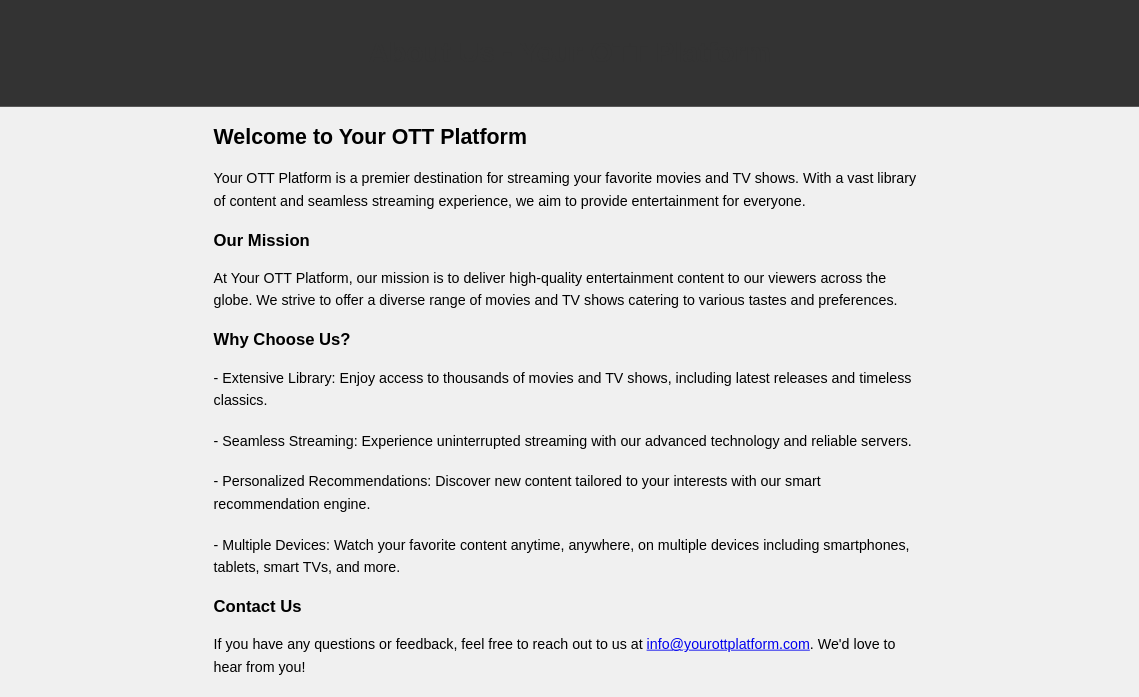
Repository: Ishanibmk/MOVIOT---An-OTT-Platform-using-Java-and-Springboot
Page: http://localhost/OTT/WEB-INF/view/about.jsp
The author's editor kept a copy of each file at every save. The page is drawn from the files as they stood at one save, then again after the next save.
The browser window is 1280 px wide. The pictures show the whole page, at 89% of full size.
The page is served by Tomcat 9. Nobody is signed in. Other server files are loaded and not shown. The template is opened directly, without the code that normally fills it, so the values that code supplies are empty.

Above is the page before, as saved 2024-03-02 10:06:36.

### Moviot/MOVIOT-main/ott/OTT/src/main/webapp/WEB-INF/view/about.jsp
<!DOCTYPE html>
<html lang="en">
<head>
    <meta charset="UTF-8">
    <meta name="viewport" content="width=device-width, initial-scale=1.0">
    <title>About Us - Your OTT Platform</title>
    <style>
        body {
            font-family: Arial, sans-serif;
            margin: 0;
            padding: 0;
            background-color: #f0f0f0;
        }
        header {
            background-color: #333;
            color: #fff;
            padding: 20px;
            text-align: center;
        }
        .container {
            max-width: 800px;
            margin: 20px auto;
            padding: 0 20px;
        }
        h1 {
            color: #333;
            text-align: center;
        }
        p {
            line-height: 1.6;
            margin-bottom: 20px;
        }
    </style>
</head>
<body>
    <header>
        <h1>About Us - Your OTT Platform</h1>
    </header>
    <div class="container">
        <h2>Welcome to Your OTT Platform</h2>
        <p>Your OTT Platform is a premier destination for streaming your favorite movies and TV shows. With a vast library of content and seamless streaming experience, we aim to provide entertainment for everyone.</p>
        <h3>Our Mission</h3>
        <p>At Your OTT Platform, our mission is to deliver high-quality entertainment content to our viewers across the globe. We strive to offer a diverse range of movies and TV shows catering to various tastes and preferences.</p>
        <h3>Why Choose Us?</h3>
        <p>- Extensive Library: Enjoy access to thousands of movies and TV shows, including latest releases and timeless classics.</p>
        <p>- Seamless Streaming: Experience uninterrupted streaming with our advanced technology and reliable servers.</p>
        <p>- Personalized Recommendations: Discover new content tailored to your interests with our smart recommendation engine.</p>
        <p>- Multiple Devices: Watch your favorite content anytime, anywhere, on multiple devices including smartphones, tablets, smart TVs, and more.</p>
        <h3>Contact Us</h3>
        <p>If you have any questions or feedback, feel free to reach out to us at <a href="mailto:info@yourottplatform.com">info@yourottplatform.com</a>. We'd love to hear from you!</p>
    </div>
</body>
</html>

After the next save:
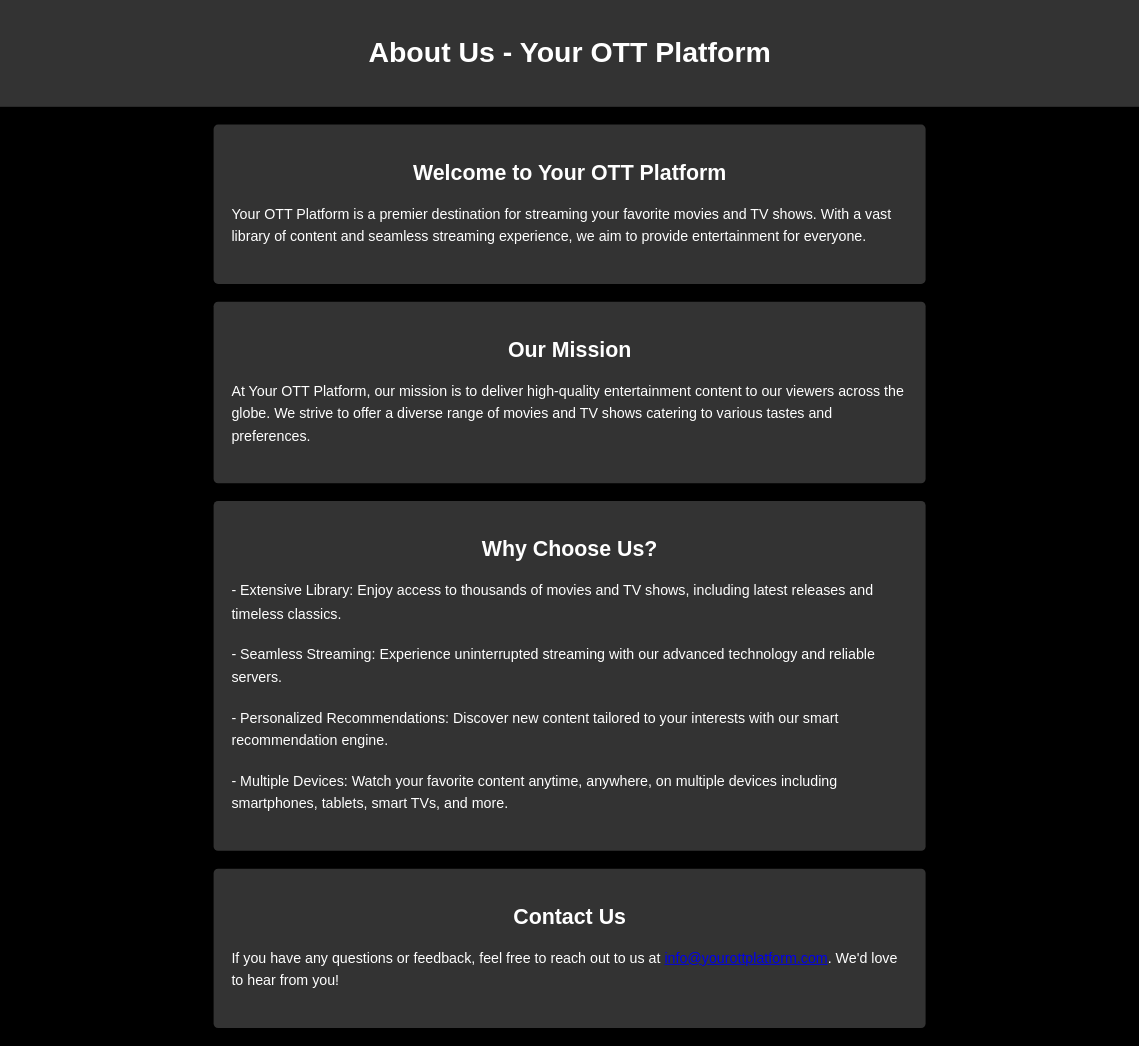
Saved 2 min 36 s later.
--- a/Moviot/MOVIOT-main/ott/OTT/src/main/webapp/WEB-INF/view/about.jsp
+++ b/Moviot/MOVIOT-main/ott/OTT/src/main/webapp/WEB-INF/view/about.jsp
@@ -9,7 +9,8 @@
             font-family: Arial, sans-serif;
             margin: 0;
             padding: 0;
-            background-color: #f0f0f0;
+            background-color: #000;
+            color: #fff;
         }
         header {
             background-color: #333;
@@ -22,8 +23,14 @@
             margin: 20px auto;
             padding: 0 20px;
         }
-        h1 {
-            color: #333;
+        .category {
+            background-color: #333;
+            padding: 20px;
+            margin-top: 20px;
+            border-radius: 5px;
+        }
+        h1, h2, h3 {
+            color: #fff;
             text-align: center;
         }
         p {
@@ -37,17 +44,25 @@
         <h1>About Us - Your OTT Platform</h1>
     </header>
     <div class="container">
-        <h2>Welcome to Your OTT Platform</h2>
-        <p>Your OTT Platform is a premier destination for streaming your favorite movies and TV shows. With a vast library of content and seamless streaming experience, we aim to provide entertainment for everyone.</p>
-        <h3>Our Mission</h3>
-        <p>At Your OTT Platform, our mission is to deliver high-quality entertainment content to our viewers across the globe. We strive to offer a diverse range of movies and TV shows catering to various tastes and preferences.</p>
-        <h3>Why Choose Us?</h3>
-        <p>- Extensive Library: Enjoy access to thousands of movies and TV shows, including latest releases and timeless classics.</p>
-        <p>- Seamless Streaming: Experience uninterrupted streaming with our advanced technology and reliable servers.</p>
-        <p>- Personalized Recommendations: Discover new content tailored to your interests with our smart recommendation engine.</p>
-        <p>- Multiple Devices: Watch your favorite content anytime, anywhere, on multiple devices including smartphones, tablets, smart TVs, and more.</p>
-        <h3>Contact Us</h3>
-        <p>If you have any questions or feedback, feel free to reach out to us at <a href="mailto:info@yourottplatform.com">info@yourottplatform.com</a>. We'd love to hear from you!</p>
+        <div class="category">
+            <h2>Welcome to Your OTT Platform</h2>
+            <p>Your OTT Platform is a premier destination for streaming your favorite movies and TV shows. With a vast library of content and seamless streaming experience, we aim to provide entertainment for everyone.</p>
+        </div>
+        <div class="category">
+            <h2>Our Mission</h2>
+            <p>At Your OTT Platform, our mission is to deliver high-quality entertainment content to our viewers across the globe. We strive to offer a diverse range of movies and TV shows catering to various tastes and preferences.</p>
+        </div>
+        <div class="category">
+            <h2>Why Choose Us?</h2>
+            <p>- Extensive Library: Enjoy access to thousands of movies and TV shows, including latest releases and timeless classics.</p>
+            <p>- Seamless Streaming: Experience uninterrupted streaming with our advanced technology and reliable servers.</p>
+            <p>- Personalized Recommendations: Discover new content tailored to your interests with our smart recommendation engine.</p>
+            <p>- Multiple Devices: Watch your favorite content anytime, anywhere, on multiple devices including smartphones, tablets, smart TVs, and more.</p>
+        </div>
+        <div class="category">
+            <h2>Contact Us</h2>
+            <p>If you have any questions or feedback, feel free to reach out to us at <a href="mailto:info@yourottplatform.com">info@yourottplatform.com</a>. We'd love to hear from you!</p>
+        </div>
     </div>
 </body>
 </html>
